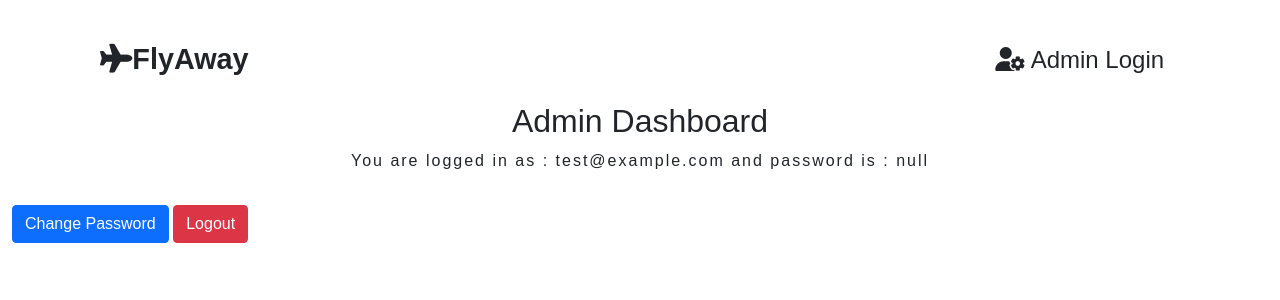
Repository: Niks4u2/FlyAway
Page: http://localhost/flyaway/dashboard.jsp
These files come from the project's save history. The page is drawn as it stood at one moment and after the next save; the edit follows.
The browser window is 1280 px wide. The pictures show the whole page.
Some web fonts or font styles are not loaded; a fallback is used. Some web libraries are served in a nearby version. The page is served by Tomcat 10. The session is filled in as if someone had signed in: {"email": "test@example.com"}. Other server files are loaded and not shown.

Above is the page before, as saved 2021-09-26 07:38:25.

### Source Code/flyaway/src/main/webapp/dashboard.jsp
<%@ page language="java" contentType="text/html; charset=ISO-8859-1"
    pageEncoding="ISO-8859-1"%>
<!DOCTYPE html>
<html>

<head>
    <meta charset="utf-8">
    <meta name="viewreport" content="width=device-width, initial-scale=1.0">
    <title>FlyAway</title>
    <link href="https://cdn.jsdelivr.net/npm/bootstrap@5.0.2/dist/css/bootstrap.min.css" rel="stylesheet" integrity="sha384-EVSTQN3/azprG1Anm3QDgpJLIm9Nao0Yz1ztcQTwFspd3yD65VohhpuuCOmLASjC" crossorigin="anonymous">
	<script src="https://cdn.jsdelivr.net/npm/bootstrap@5.0.2/dist/js/bootstrap.bundle.min.js" integrity="sha384-MrcW6ZMFYlzcLA8Nl+NtUVF0sA7MsXsP1UyJoMp4YLEuNSfAP+JcXn/tWtIaxVXM" crossorigin="anonymous"></script>
    <link href="https://fonts.googleapis.com/css?family=Raleway&display=swap" rel="stylesheet" />
    <script src="https://kit.fontawesome.com/92e9dde9ec.js" crossorigin="anonymous"></script>
    <style>
        body {
            margin: 0;
            padding: 0;
            background: #fff;
            font-family: 'Raleway', sans-serif;
            color: #fff;
        }

        .banner {
            height: 100vh;
            width: 100%;
        }

        .banner .navbar {
            margin-top: 2%;
        }

        .banner .navbar-brand {
            color: #fff;
            font-size: 1.8em;
            font-weight: 700;
            margin-left: 7%;
        }

        .banner .nav {
            margin-right: 7%;
        }

        .banner .nav li a {
            color: #aaa;
            font-size: 1.5em;
        }

        .banner p {
            font-weight: 500;
            letter-spacing: 2px;
        }

        .login {
            margin-left: 50%;
        }
    </style>
</head>

<body>
	<%
	if(session.getAttribute("email") == null)
		response.sendRedirect("login.jsp");
	%>
    <div class="container-fluid banner justify-content-center align-items-center">
        <div class="row g-2">
            <div class="col-md-12">
                <nav class="navbar navbar-md">
                    <div class="navbar-brand text-dark"><i class="fas fa-plane"></i>FlyAway</div>
                    <ul class="nav">
                        <li class="nav-item">
                            <a class="nav-link text-dark" href="#"><i class="fas fa-user-cog"></i> Admin Login</a>
                        </li>
                    </ul>
                </nav>
            </div>
            <div class="col-md-12 text-center text-dark">
                <h2>
                    Admin Dashboard
                </h2>
                <p>You are logged in as : <%= session.getAttribute("email") %> and password is : <%= session.getAttribute("password") %> </p>
            </div>
			<div class="row g-2 justify-content-center">
            <div class="col-md-12">
                <button class="btn btn-primary">Change Password</button>
                <a href="LogoutServlet"><button class="btn btn-danger">Logout</button></a>
            </div>
			</div>
        </div>
    </div>
</body>

</html>

After the next save:
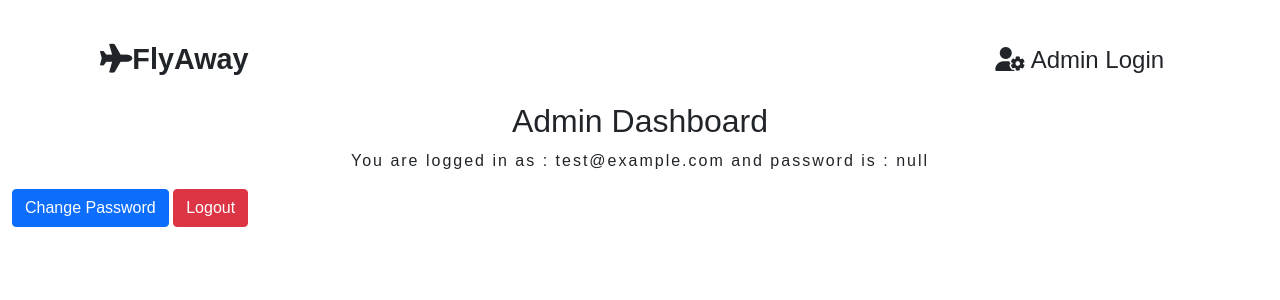
Saved 44 s later.
--- a/Source Code/flyaway/src/main/webapp/dashboard.jsp
+++ b/Source Code/flyaway/src/main/webapp/dashboard.jsp
@@ -79,13 +79,13 @@
                 </h2>
                 <p>You are logged in as : <%= session.getAttribute("email") %> and password is : <%= session.getAttribute("password") %> </p>
             </div>
-			<div class="row g-2 justify-content-center">
+        </div>
+        			<div class="row g-2">
             <div class="col-md-12">
                 <button class="btn btn-primary">Change Password</button>
                 <a href="LogoutServlet"><button class="btn btn-danger">Logout</button></a>
             </div>
 			</div>
-        </div>
     </div>
 </body>
 
